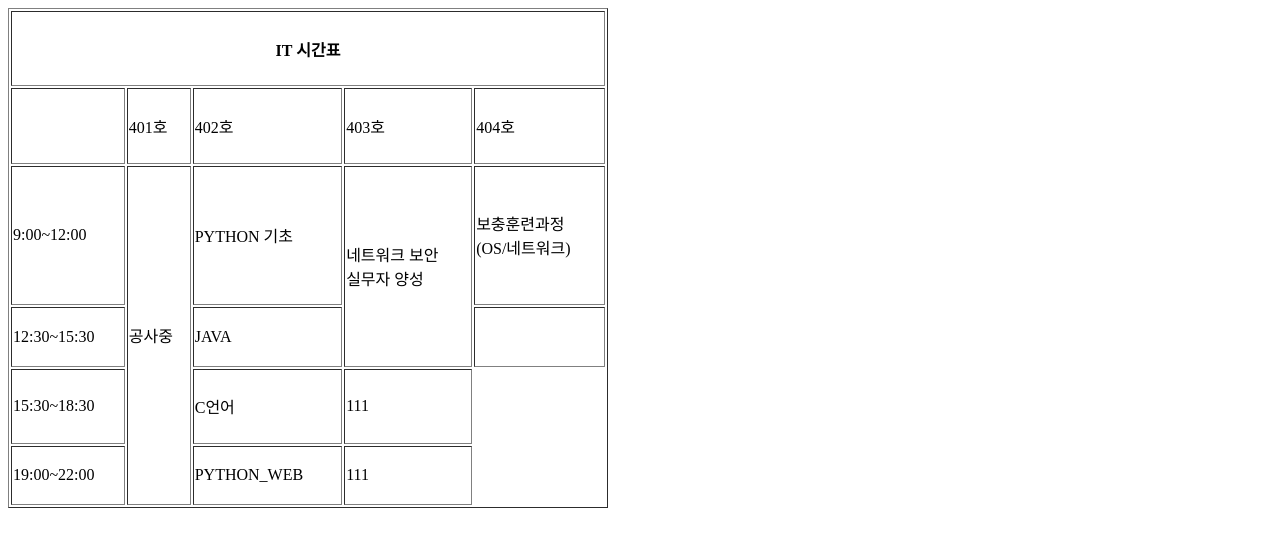
Repository: cleangggg/front
Page: html/ex06.html
These files come from the project's save history. The page is drawn as it stood at one moment and after the next save; the edit follows.
The browser window is 1280 px wide. The pictures show the whole page.

Above is the page before, as saved 2023-05-22 04:59:01.

### html/ex06.html
<!DOCTYPE html>
<html>
<head>
<meta charset="UTF-8">
<title>Insert title here</title>
</head>
<body>
<table border = "1" height = "500" width = "600">
		<tr >
			<th colspan="5">IT 시간표</th>
		</tr>
		<tr>
			<td></td><td>401호</td><td>402호</td><td>403호</td><td>404호</td>
		</tr>
		<tr>
			<td>9:00~12:00</td>
			<td rowspan="4">공사중</td>
			<td>PYTHON 기초</td>
			<td rowspan="2">네트워크 보안</br>실무자 양성</td>
			<td>보충훈련과정</br>(OS/네트워크)</td>
		</tr>
		<tr>
			<td>12:30~15:30</td> <td>JAVA</td> <td></td>
		</tr>
		<tr>
			<td>15:30~18:30</td> <td>C언어</td> <td>111</td>
		</tr>
		<tr>
			<td>19:00~22:00</td> <td>PYTHON_WEB</td> <td>111</td>
		</tr>

	</table>

</body>
</html>

After the next save:
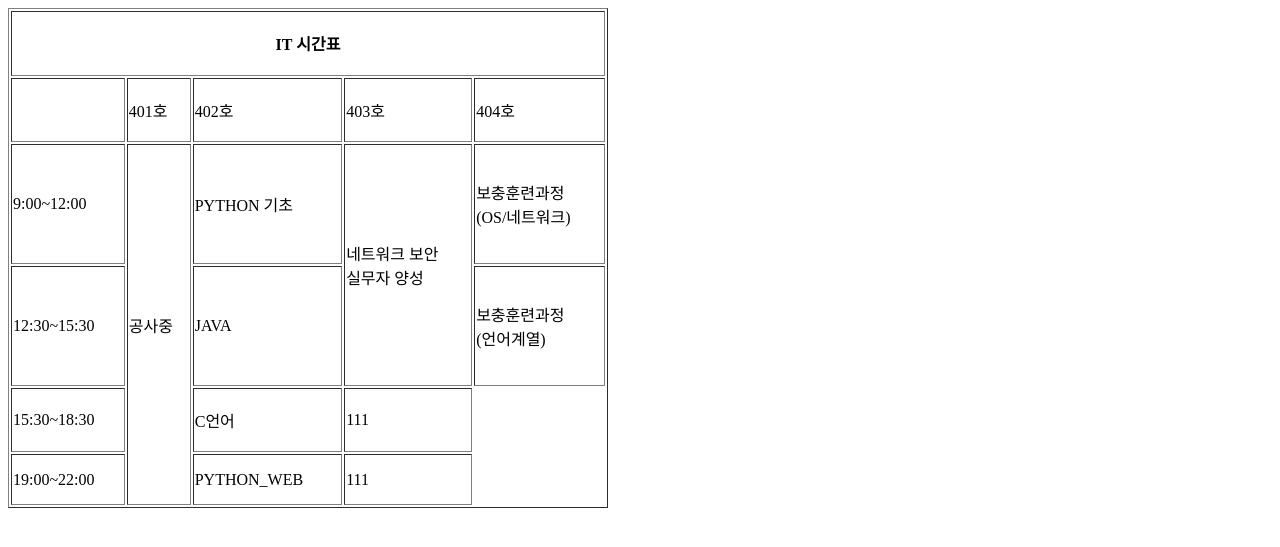
Saved 30 s later.
--- a/html/ex06.html
+++ b/html/ex06.html
@@ -5,28 +5,40 @@
 <title>Insert title here</title>
 </head>
 <body>
-<table border = "1" height = "500" width = "600">
-		<tr >
+	<table border="1" height="500" width="600">
+		<tr>
 			<th colspan="5">IT 시간표</th>
 		</tr>
 		<tr>
-			<td></td><td>401호</td><td>402호</td><td>403호</td><td>404호</td>
+			<td></td>
+			<td>401호</td>
+			<td>402호</td>
+			<td>403호</td>
+			<td>404호</td>
 		</tr>
 		<tr>
 			<td>9:00~12:00</td>
 			<td rowspan="4">공사중</td>
 			<td>PYTHON 기초</td>
-			<td rowspan="2">네트워크 보안</br>실무자 양성</td>
-			<td>보충훈련과정</br>(OS/네트워크)</td>
+			<td rowspan="2">네트워크 보안</br>실무자 양성
+			</td>
+			<td>보충훈련과정</br>(OS/네트워크)
+			</td>
 		</tr>
 		<tr>
-			<td>12:30~15:30</td> <td>JAVA</td> <td></td>
+			<td>12:30~15:30</td>
+			<td>JAVA</td>
+			<td>보충훈련과정</br>(언어계열)</td>
 		</tr>
 		<tr>
-			<td>15:30~18:30</td> <td>C언어</td> <td>111</td>
+			<td>15:30~18:30</td>
+			<td>C언어</td>
+			<td>111</td>
 		</tr>
 		<tr>
-			<td>19:00~22:00</td> <td>PYTHON_WEB</td> <td>111</td>
+			<td>19:00~22:00</td>
+			<td>PYTHON_WEB</td>
+			<td>111</td>
 		</tr>
 
 	</table>
